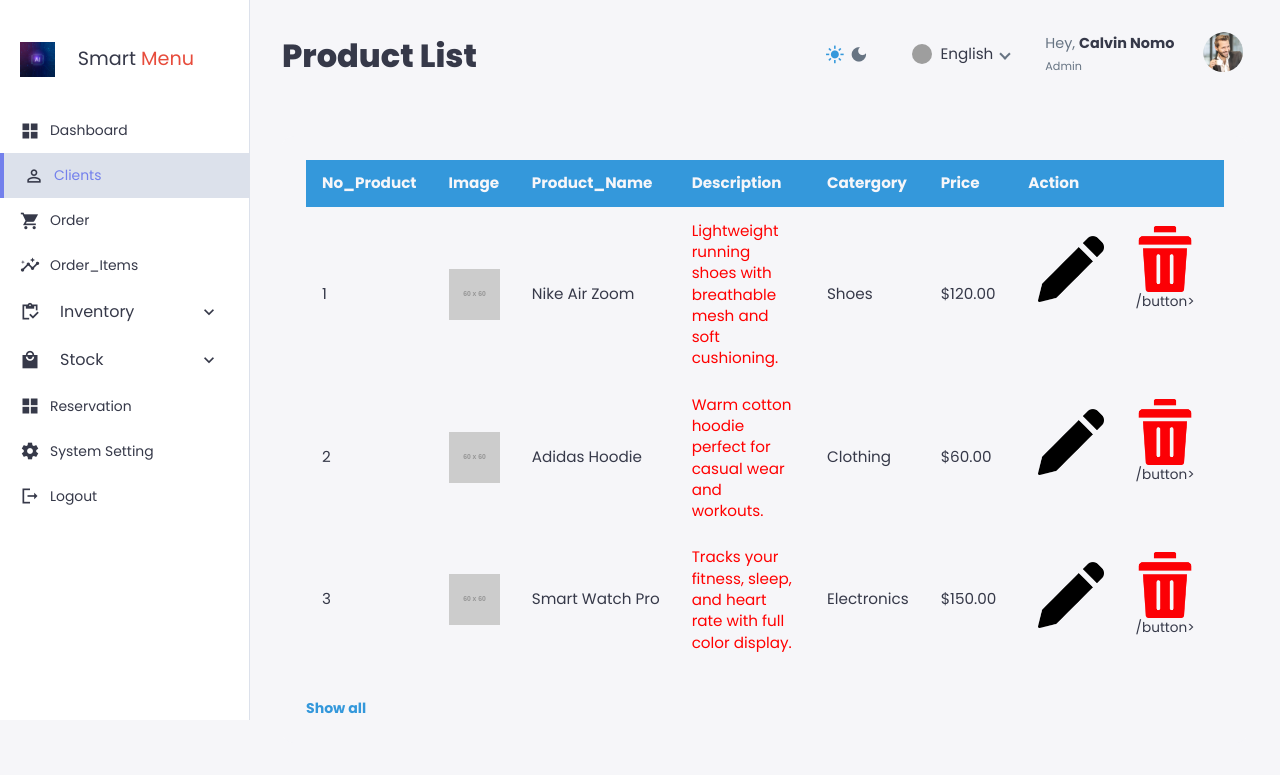
Repository: Calvin-Nomo/Hash-code
Page: product_list.html
An editor plug-in stored every save of this project. The page is shown before and after the next save, followed by the edit.
The browser window is 1280 px wide. The pictures show the whole page.
Pictures or frames that could not be fetched are drawn as grey boxes. The page's requests for data from a server got no answer.

Above is the page before, as saved 2025-10-09 11:22:05.

After the next save:
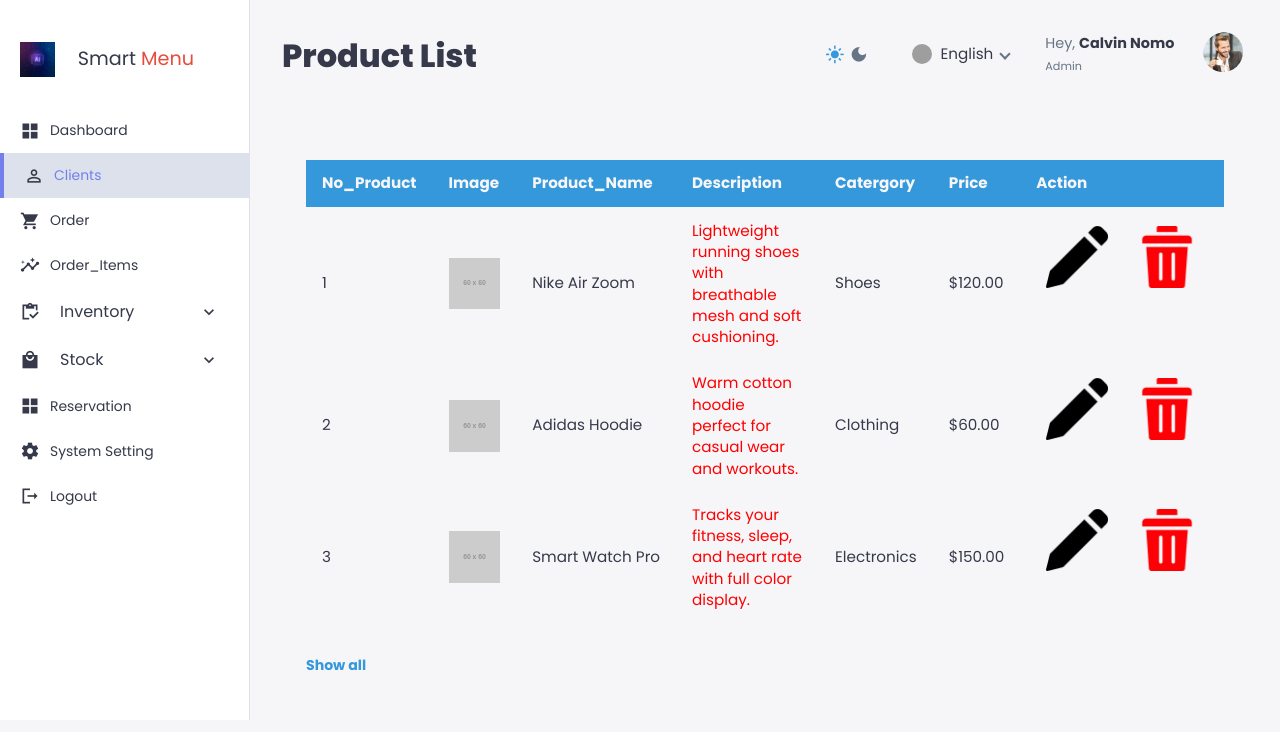
Saved 31 s later.
--- a/js/index.js
+++ b/js/index.js
@@ -234,14 +234,12 @@ function renderProducts(data) {
       <td>${product.category}</td>
       <td>$${product.price.toFixed(2)}</td>
       <td class="actions">
-
         <button class="edit-btn">
         <img src="image/pencil.png" alt="Edit" />
         </button>
         <button class="delete-btn">
         <img src="image/delete.png" alt="Delete" />
-
-        /button>
+        </button>
       </td>
     `;
 
